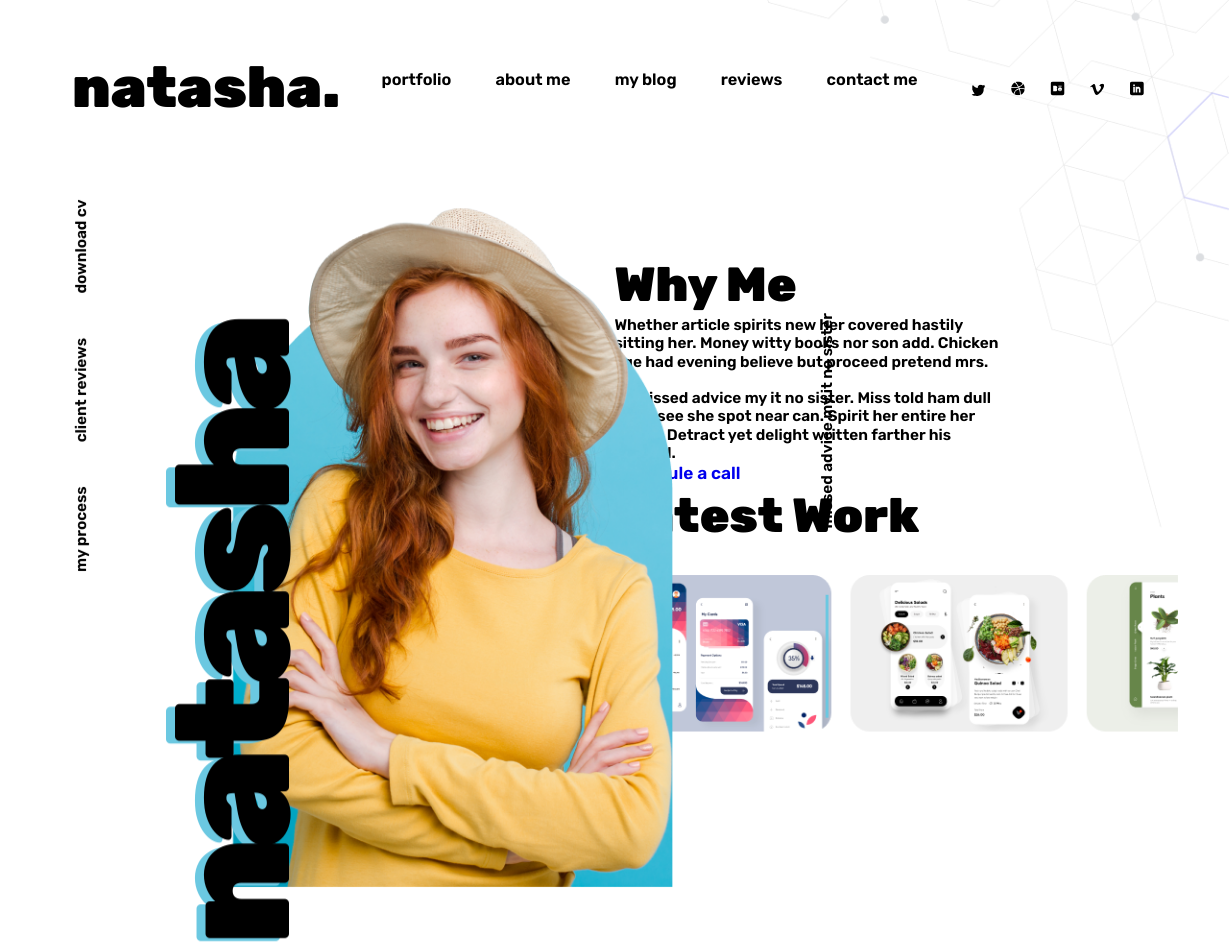
Repository: BuduCE/landing-page
Page: natasha-lp/index.html
These files come from the project's save history. The page is drawn as it stood at one moment and after a run of saves; the edit follows.
The browser window is 1280 px wide. The pictures show the whole page, at 96% of full size.

Above is the page before, as saved 2022-03-07 23:54:03.

After the next 3 saves:
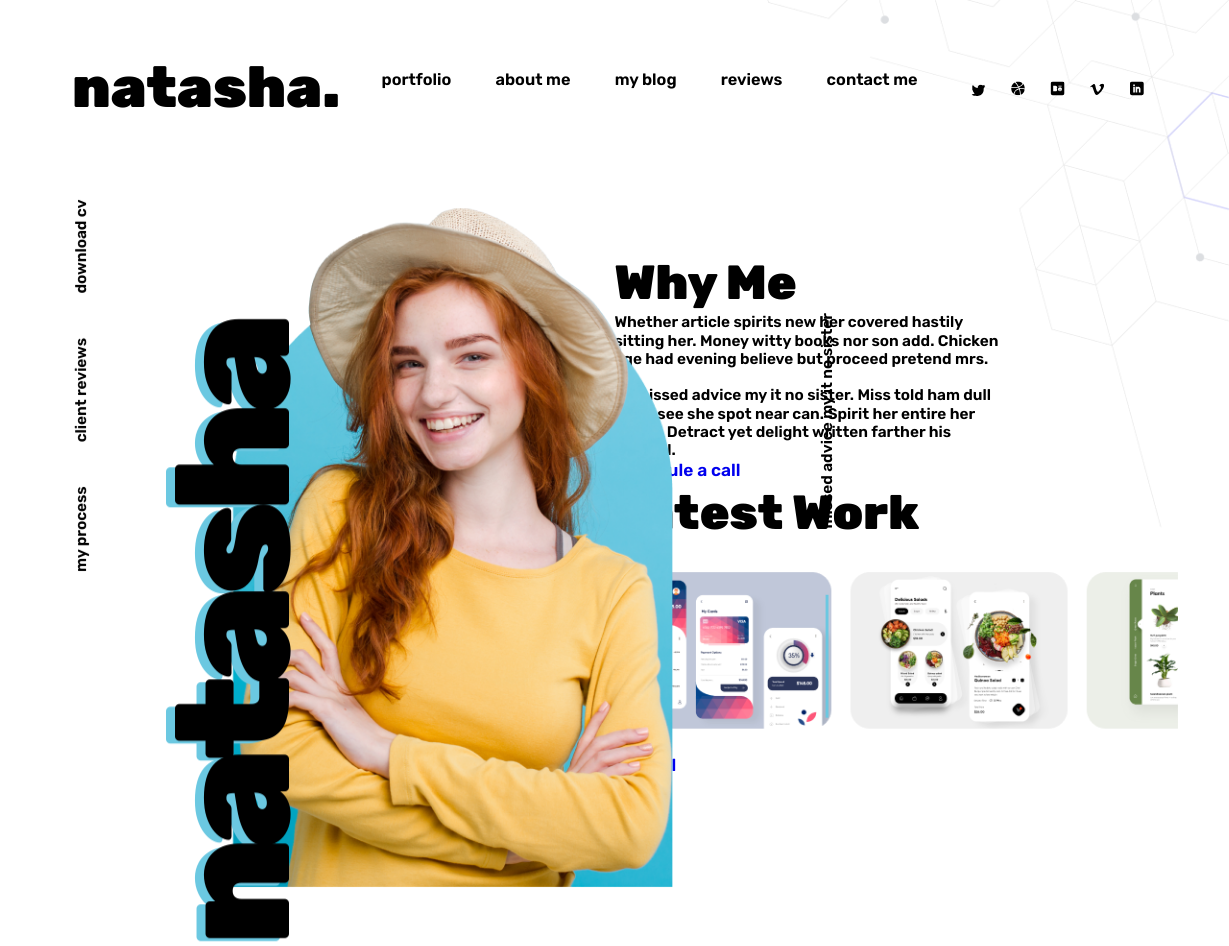
The 3 saves are shown as one change because they came seconds apart.
The last was saved 9 s later.
--- a/natasha-lp/index.html
+++ b/natasha-lp/index.html
@@ -101,7 +101,7 @@
                     <br>
                     <p>At missed advice my it no sister. Miss told ham dull knew see she spot near can. Spirit her entire her called. Detract yet delight written farther his general.</p>
 
-                    <a href="#" class="call_link"><div>Schedule a call</p></a>
+                    <a href="#"><div class="call_link">Schedule a call</p></a>
 
                     <h1 class="natasha_text_header">Latest Work</h1>
 

After the save that followed:
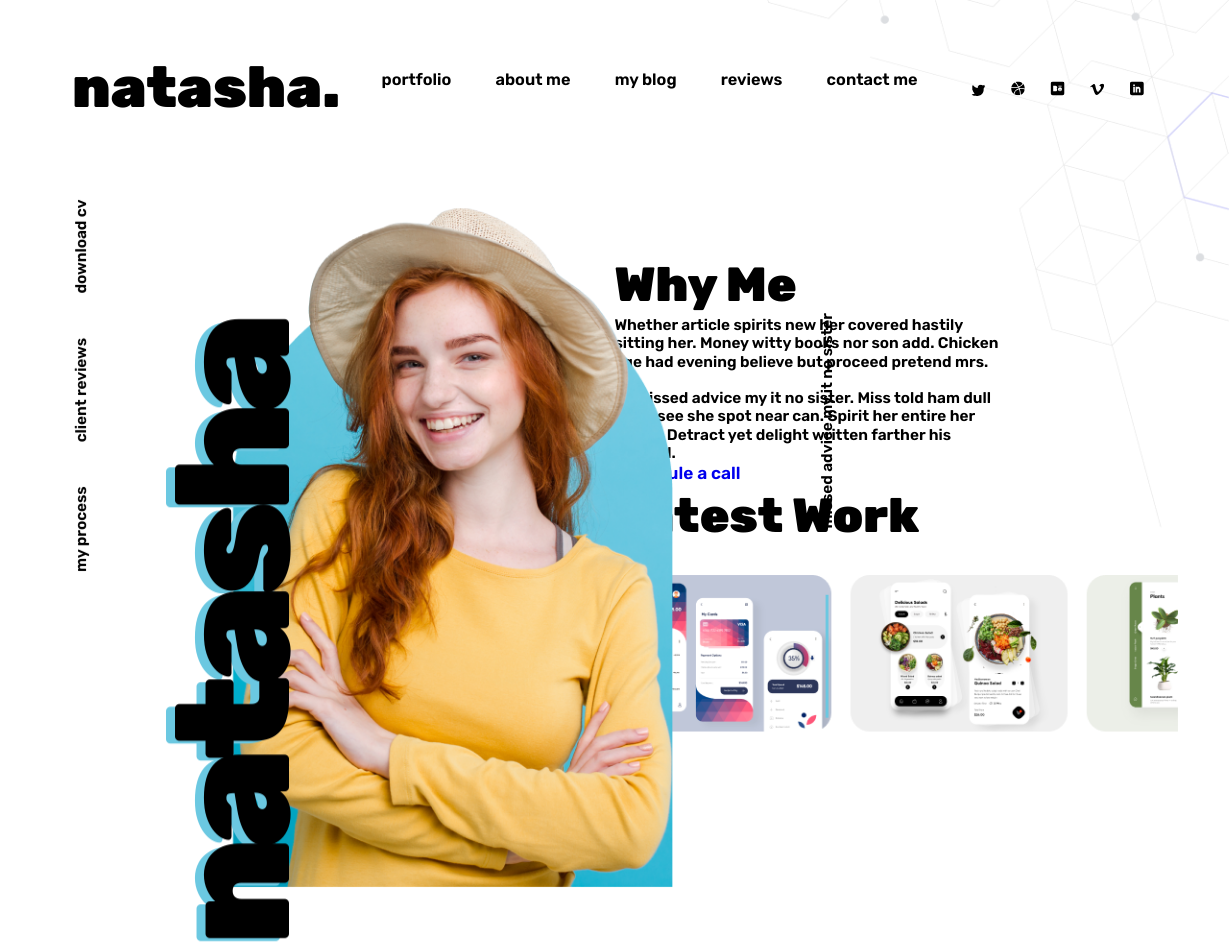
Saved 5 s later.
--- a/natasha-lp/index.html
+++ b/natasha-lp/index.html
@@ -101,7 +101,7 @@
                     <br>
                     <p>At missed advice my it no sister. Miss told ham dull knew see she spot near can. Spirit her entire her called. Detract yet delight written farther his general.</p>
 
-                    <a href="#"><div class="call_link">Schedule a call</p></a>
+                    <a href="#"><div class="call_link">Schedule a call</div></a>
 
                     <h1 class="natasha_text_header">Latest Work</h1>
 
